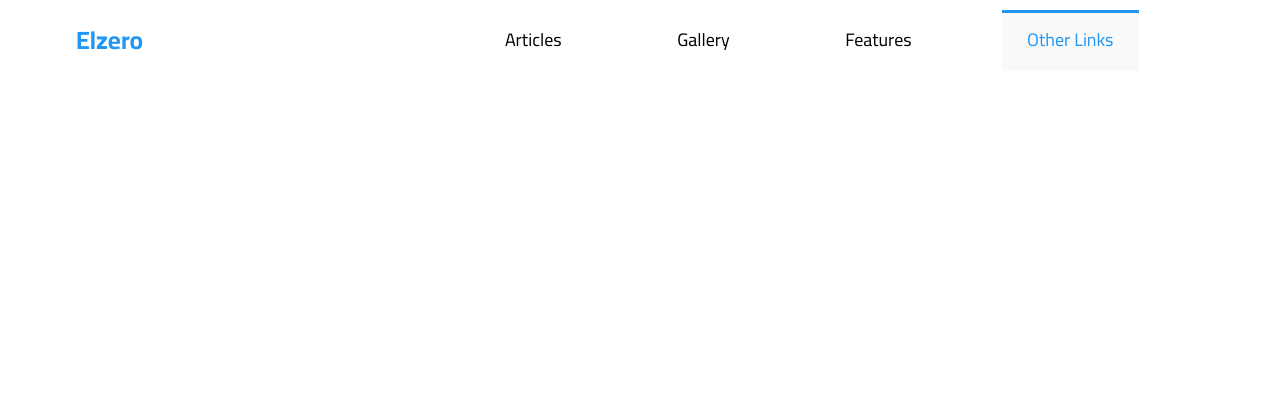
Repository: Toqa-25/elzeroAcdemey-Templete
Page: index.html
These files come from the project's save history. The page is drawn as it stood at one moment and after a run of saves; the edit follows.
The browser window is 1280 px wide. The pictures show the whole page.
The pointer rests on the first visible `#parent-other-links`.

Above is the page before, as saved 2022-01-16 20:20:22.

After the next 2 saves:
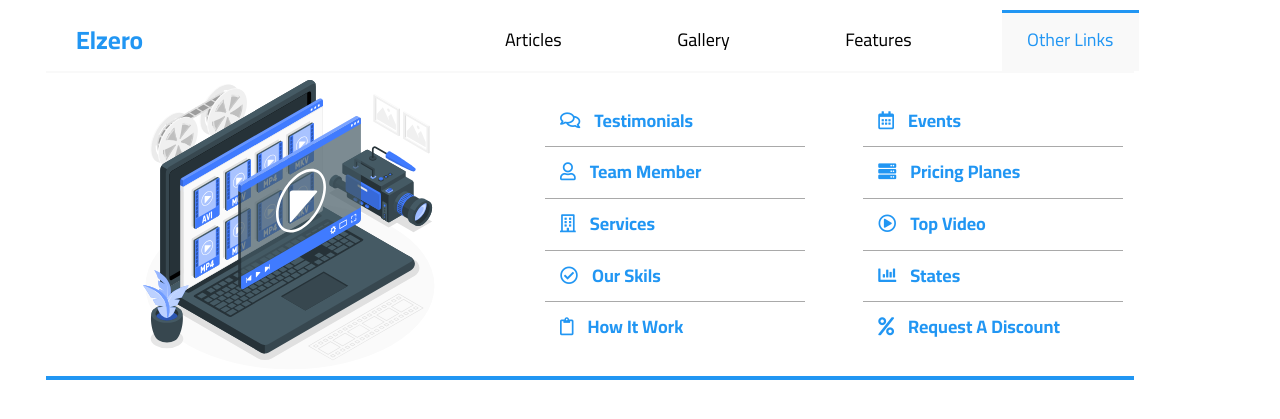
The 2 saves are shown as one change because they came seconds apart.
The last was saved 9 s later.
--- a/css/style.css
+++ b/css/style.css
@@ -110,11 +110,11 @@ nav{
     position: relative;
 }
 #parent-other-links:hover #child-other-links{
-    transform:translateY() ;
-    -webkit-transform:translateY() ;
-    -moz-transform:translateY() ;
-    -ms-transform:translateY() ;
-    -o-transform:translateY() ;
+    transform:translateY(20px) ;
+    -webkit-transform:translateY(20px) ;
+    -moz-transform:translateY(20px) ;
+    -ms-transform:translateY(20px) ;
+    -o-transform:translateY(20px) ;
 }
 /* media query for header*/
 @media (max-width:767px){
